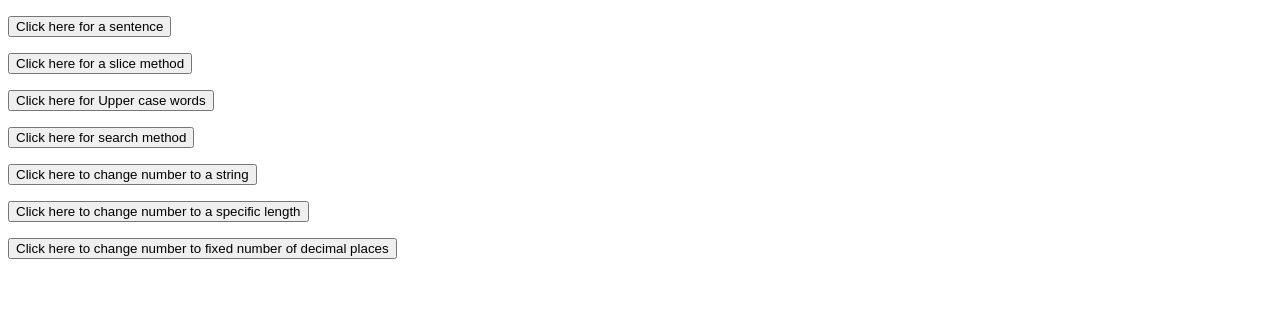
Repository: andyd71/Javascript-Projects
Page: Basic Javascript Projects/Project8_string_methods/index.html
These files come from the project's save history. The page is drawn as it stood at one moment and after the next save; the edit follows.
The browser window is 1280 px wide. The pictures show the whole page.

Above is the page before, as saved 2021-03-04 12:23:56.

After the next save:
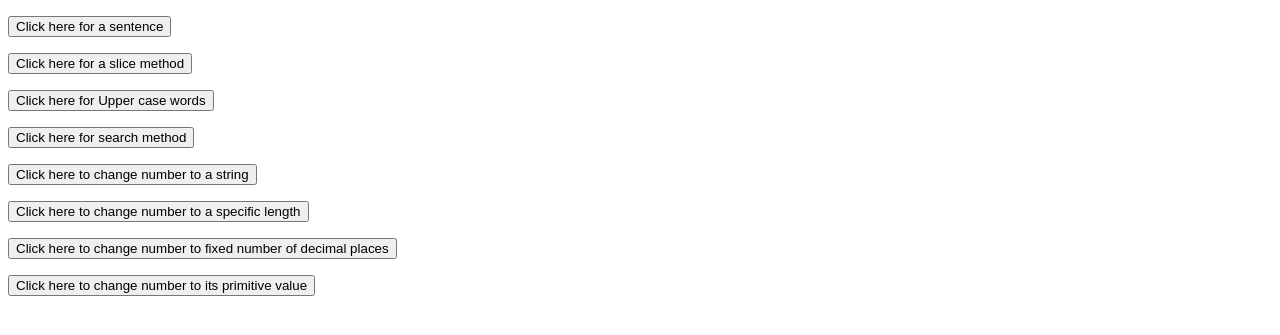
Saved 3 min 43 s later.
--- a/Basic Javascript Projects/Project8_string_methods/index.html
+++ b/Basic Javascript Projects/Project8_string_methods/index.html
@@ -28,6 +28,8 @@
       <p id="Fix"></p>
       <button onclick="fix_Method()">Click here to change number to fixed number of decimal places</button>
 
+      <p id="Value"></p>
+      <button onclick="value_Method()">Click here to change number to its primitive value</button>
 
 </body>
 </html>
